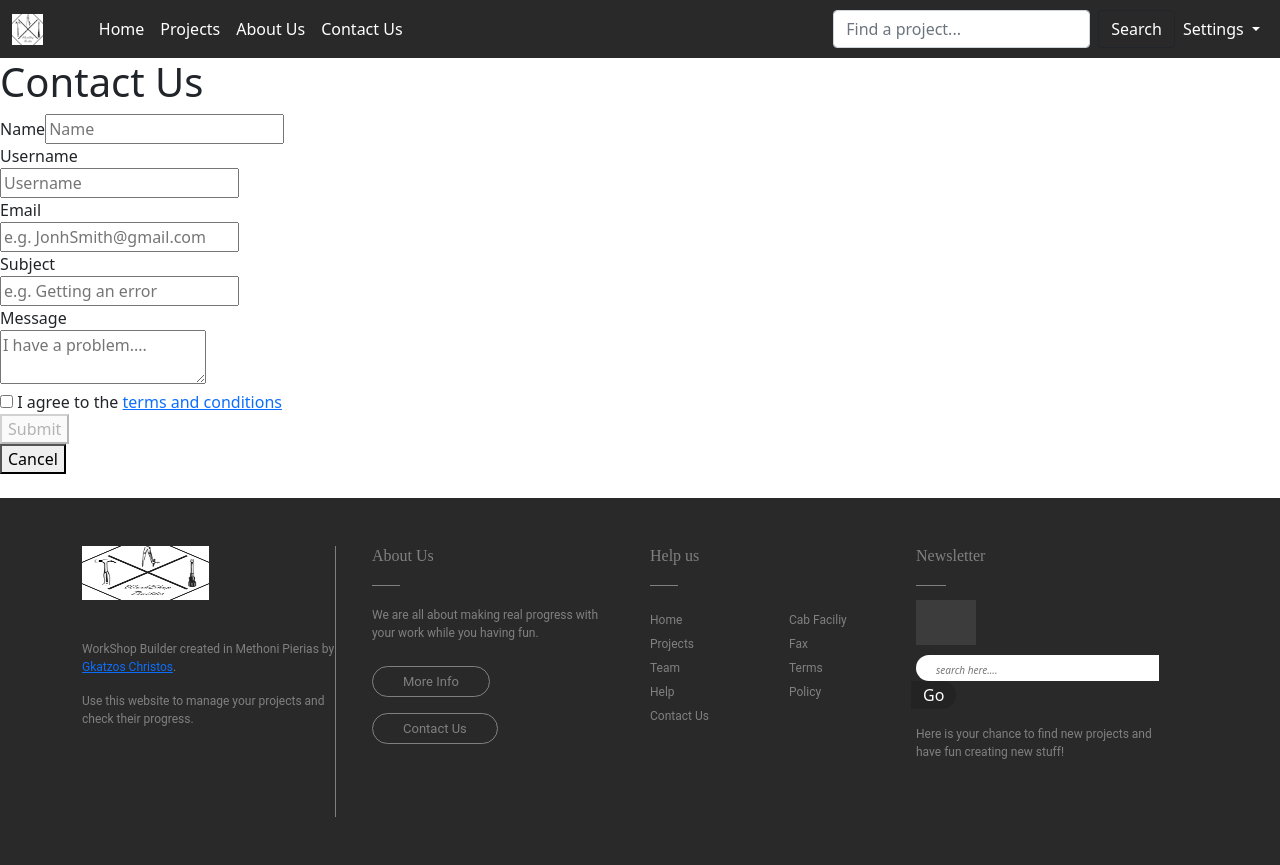
Repository: GkatzosChristos/workshop-builder-ui
Page: /contactUs (app in workshop-builder-ui/)
The author's editor kept a copy of each file at every save. The page is drawn from the files as they stood at one save, then again after the next save.
The browser window is 1280 px wide. The pictures show the whole page.
The project was rebuilt for these pictures with package versions that can differ from the ones it lists, and the page was loaded fresh each time. Also part of the build but not shown: workshop-builder-ui/angular.json, workshop-builder-ui/src/app/about-us/about-us.component.ts, workshop-builder-ui/src/app/home/home.component.ts, workshop-builder-ui/src/app/project/project.component.ts.

Above is the page before, as saved 2021-08-27 17:36:32.

### workshop-builder-ui/src/index.html
<!doctype html>
<html lang="en">
<head>
  <meta charset="utf-8">
  <title>WorkshopBuilderUI</title>
  <base href="/">
  <meta name="viewport" content="width=device-width, initial-scale=1">
  <link rel="icon" type="image/x-icon" href="favicon.ico">
</head>

<body>
  <app-root></app-root>
</body>

</html>

### workshop-builder-ui/src/app/app.module.ts
import { NgModule } from '@angular/core';
import { BrowserModule } from '@angular/platform-browser';
import { FormsModule } from '@angular/forms';
import { AppRoutingModule } from './app-routing.module';
import { AppComponent } from './app.component';
import { HeaderComponent } from './header/header.component';
import { FooterComponent } from './footer/footer.component';
import { ContactUsComponent } from './contact-us/contact-us.component';
import { AboutUsComponent } from './about-us/about-us.component';
import { ProjectsComponent } from './project/project.component';
import { HomeComponent } from './home/home.component';

@NgModule({
  declarations: [
    AppComponent,
    HeaderComponent,
    FooterComponent,
    ContactUsComponent,
    AboutUsComponent,
    ProjectsComponent,
    HomeComponent
  ],
  imports: [
    BrowserModule,
    AppRoutingModule,
    FormsModule
  ],
  providers: [],
  bootstrap: [AppComponent]
})
export class AppModule { }

### workshop-builder-ui/src/app/app-routing.module.ts
import { NgModule } from '@angular/core';
import { RouterModule, Routes } from '@angular/router';
import { AboutUsComponent } from './about-us/about-us.component';
import { ContactUsComponent } from './contact-us/contact-us.component';
import { HomeComponent } from './home/home.component';
import { ProjectsComponent } from './project/project.component';

const routes: Routes = [
  {
    path: '',
    component: HomeComponent
  },
  {
    path: 'contactUs',
    component: ContactUsComponent
  },
  {
    path: 'aboutUs',
    component: AboutUsComponent
  },
  {
    path: 'project',
    component: ProjectsComponent
  },
];

@NgModule({
  imports: [RouterModule.forRoot(routes)],
  exports: [RouterModule]
})
export class AppRoutingModule { }

### workshop-builder-ui/src/app/app.component.ts
import { Component } from '@angular/core';

@Component({
  selector: 'app-root',
  templateUrl: './app.component.html',
  styleUrls: ['./app.component.scss']
})
export class AppComponent {
  title = 'workshop-builder-ui';
}

### workshop-builder-ui/src/app/contact-us/contact-us.component.ts
import { Component, OnInit } from '@angular/core';
import { FormGroup } from '@angular/forms';

@Component({
  selector: 'app-contact-us',
  templateUrl: 'contact-us.html',
  styles: [
  ]
})
export class ContactUsComponent implements OnInit {
  name: string='';
  username: string='';
  email: string='';
  subject: string='';
  message: string='';


  constructor() { }

  ngOnInit(): void {
  }

  submitForm(){
    const result = `${this.name}, your submission was successful! We will contact you at ${this.email} as soon as possible!`;
    alert(result);
  }

  onReset(){
    location.reload();
  }

}

### workshop-builder-ui/src/app/header/header.component.html
<head>
    <title>header</title>
    <meta charset="utf-8">
</head>
<header>
    <nav class="navbar navbar-expand-lg">
        <div class="container-fluid">
            <a class="navbar-brand" routerLink="/">
                <img src="/assets/images/workshop_logo.jpg" alt="WorkShop Builder">
            </a>
            <div id="navbarNavDropdown" class="collapse navbar-collapse">
                <ul class="navbar-nav me-auto my-2 my-lg-0 navbar-nav-scroll" style="--bs-scroll-height: 100px;">
                    <li class="nav-item">
                        <a class="nav-link text-white" routerLink="/">Home</a>
                    </li>
                    <li class="nav-item">
                        <a class="nav-link text-white" routerLink="/project">Projects</a>
                    </li>
                    <li class="nav-item">
                        <a class="nav-link text-white" routerLink="/aboutUs">About Us</a>
                    </li>
                    <li class="nav-item">
                        <a class="nav-link text-white" routerLink="/contactUs">Contact Us</a>
                    </li>
                </ul>
                <form class="d-flex">
                    <input class="form-control me-2" type="text" placeholder="Find a project...">
                    <a class="btn btn-outline-dark text-white">Search</a>
                </form>
                <ul class="navbar-nav" style="--bs-scroll-height: 100px;">
                    <li class="nav-item dropdown">
                        <a class="nav-link dropdown-toggle text-white" href="#" id="navbarScrollingDropdown"
                            role="button" data-bs-toggle="dropdown" aria-expanded="false">
                            Settings
                        </a>
                        <ul class="dropdown-menu" aria-labelledby="navbarScrollingDropdown">
                            <li><a class="dropdown-item text-white" href="#">Sign in</a></li>
                            <li><a class="dropdown-item text-white" href="#">Sign up</a></li>
                            <li>
                                <hr class="dropdown-divider">
                            </li>
                            <li><a class="dropdown-item text-white" href="#">Report an issue</a></li>
                        </ul>
                    </li>
                </ul>
            </div>
        </div>
    </nav>
</header>

### workshop-builder-ui/src/app/header/header.component.scss
.navbar-brand {
    height: 5%;
    width: 5%;
}

img {
    height: 50%;
    width: 50%;
}

nav {
    background: #292929;
}

### workshop-builder-ui/src/app/footer/footer.component.html
<head>
    <title>Footer</title>
    <meta charset="utf-8">
</head>
<footer class="container-fluid bg-grey py-5">
    <div class="container">
        <div class="row me-3">
            <div class="col-md-6">
                <div class="row">
                    <div class="col-md-6 ">
                        <div class="logo-part">
                            <img src="/assets/images/workshop_logo.jpg" class="w-50 logo-footer">
                            <p>WorkShop Builder created in Methoni Pierias by <a
                                    href="https://www.linkedin.com/in/christos-gkatzos/">Gkatzos Christos</a>.</p>
                            <p>Use this website to manage your projects and check their progress.</p>
                        </div>
                    </div>
                    <div class="col-md-6 px-4">
                        <h6> About Us</h6>
                        <p>We are all about making real progress with your work while you having fun.</p>
                        <a routerLink="#" class="btn-footer"> More Info </a><br>
                        <a routerLink="#" class="btn-footer"> Contact Us</a>
                    </div>
                </div>
            </div>
            <div class="col-md-6">
                <div class="row">
                    <div class="col-md-6 px-4">
                        <h6> Help us</h6>
                        <div class="row ">
                            <div class="col-md-6">
                                <ul>
                                    <li> <a routerLink="/"> Home</a> </li>
                                    <li> <a routerLink="/project"> Projects</a> </li>
                                    <li> <a routerLink="#"> Team</a> </li>
                                    <li> <a routerLink="#"> Help</a> </li>
                                    <li> <a routerLink="/ContactUs"> Contact Us</a> </li>
                                </ul>
                            </div>
                            <div class="col-md-6 px-4">
                                <ul>
                                    <li> <a href="#"> Cab Faciliy</a> </li>
                                    <li> <a href="#"> Fax</a> </li>
                                    <li> <a href="#"> Terms</a> </li>
                                    <li> <a href="#"> Policy</a> </li>
                                </ul>
                            </div>
                        </div>
                    </div>
                    <div class="col-md-6 ">
                        <h6> Newsletter</h6>
                        <div class="social">
                            <a href="#"><i class="fa fa-facebook mr-1" aria-hidden="true"></i></a>
                            <a href="#"><i class="fa fa-instagram" aria-hidden="true"></i></a>
                        </div>
                        <form class="form-footer my-3">
                            <input type="text" placeholder="search here...." name="search">
                            <input type="button" value="Go">
                        </form>
                        <p>Here is your chance to find new projects and have fun creating new stuff!</p>
                    </div>
                </div>
            </div>
        </div>
    </div>
</footer>

### workshop-builder-ui/src/app/footer/footer.component.scss
body {
    font-family: 'Signika', sans-serif;
 }
 .bg-grey {
    background: #292929;
 }
 .logo-footer {
    margin-bottom: 40px;
 }
 footer {
    color: grey;
 }
 footer p, a {
    font-size: 12px;
    font-family: 'Roboto', sans-serif;
}
footer h6 {
    font-family: 'Playfair Display', serif;
    margin-bottom: 40px;
    position: relative;
}
footer h6:after {
    position: absolute;
    content: "";
    background: grey;
    width: 12%;
    height: 1px;
    left: 0;
    bottom: -20px;
}
.btn-footer {
    color: grey;
    text-decoration: none;
    border: 1px solid;
    border-radius: 43px;
    font-size: 13px;
    padding: 7px 30px;
    line-height: 47px;
 }

 .btn-footer:hover {
    text-decoration: none;
 }

.form-footer input[type="text"] {
    border: none;
    border-radius: 16px 0 0 16px;
    outline: none;
    padding-left: 10px;
}

::placeholder {
    font-size: 10px;
    padding-left: 10px;
    font-style: italic;
}

.form-footer input[type="button"] {
    border: none;
    background:#232323;
    margin-left: -5px;
    color: #fff;
    outline: none;
    border-radius: 0 16px 16px 0;
    padding: 2px 12px;
}

.social .fa {
    color: grey;
    font-size: 22px;
    padding: 10px 15px;
    background: #3c3c3c;
}

footer ul li {
    list-style: none;
    display: block;
}

footer ul  {
    padding-left: 0;
}
footer ul  li a{
    text-decoration: none;
    color: grey;
    text-decoration:none;
}

a:hover {
    text-decoration: none;
    color: #f5f5f5 !important;
}

.logo-part {
    border-right: 1px solid grey;
    height: 100%;
}

img {
    height: 20%;
    width: 20%;
}

### workshop-builder-ui/src/app/contact-us/contact-us.html
<h1 class="title has-text-centered">Contact Us</h1>
<body>
  <section>
      <form (ngSubmit)="submitForm()" #contactForm="ngForm">
        <div class="field">
        <div class="field">
          <label class="label has-text-centered">Name</label>
          <input
            class="input"
            type="text"
            name="name"
            placeholder="Name"
            [(ngModel)]="name"
            #nameInput="ngModel"
            required>
            <div class="help is-error" *ngIf="nameInput.invalid && nameInput.touched">
                <p class="help is-danger">This username is required!</p>
            </div>
            <div class="help is-error" *ngIf="nameInput.valid && nameInput.dirty">
                <p class="help is-success">This username is Availible!</p>
            </div>
        </div>
        <div class="field column is-4">
          <label class="label has-text-centered">Username</label>
          <div class="control has-icons-left has-icons-right">
            <input
              class="input"
              type="text"
              name="usename"
              placeholder="Username"
              [(ngModel)]="username"
              #usernameInput="ngModel"
              required>
            <span class="icon is-small is-left">
              <i class="fa fa-user"></i>
            </span>
            <div class="help is-error" *ngIf="usernameInput.invalid && usernameInput.touched">
                <p class="help is-danger">This username is required!</p>
            </div>
            <div class="help is-error" *ngIf="usernameInput.valid && usernameInput.dirty">
                <p class="help is-success">This username is Availible!</p>
            </div>
          </div>
        </div>

        <div class="field column is-4">
          <label class="label has-text-centered">Email</label>
          <div class="control has-icons-left">
            <input
              class="input"
              type="email"
              name="email"
              placeholder="e.g. JonhSmith@gmail.com"
              #emailInput="ngModel"
              [(ngModel)]="email"
              required
              email>
            <span class="icon is-small is-left">
              <i class="fa fa-envelope"></i>
            </span>
            <div class="help is-error is-danger" *ngIf="emailInput.invalid && emailInput.touched">
                <p class="help is-danger">The email required and must be valid!</p>
            </div>
            <div class="help is-error" *ngIf="emailInput.valid && emailInput.dirty">
                <p class="help is-success">This email is valid!</p>
            </div>
          </div>
        </div>

        <div class="field column is-4">
          <label class="label has-text-centered">Subject</label>
          <div class="control">
            <input class="input is-expand" type="text" name="subject" placeholder="e.g. Getting an error" [(ngModel)]="subject">
          </div>
        </div>

        <div class="field column is-4 ">
          <label class="label has-text-centered">Message</label>
          <div class="control">
            <textarea class="textarea" name="message" placeholder="I have a problem...." [(ngModel)]="message"></textarea>
          </div>
        </div>

        <div class="field">
          <div class="control">
            <label class="checkbox">
              <input type="checkbox"
              #checkboxInput>
              I agree to the <a href="#">terms and conditions</a>
            </label>
          </div>
        </div>

        <div class="field is-grouped mb-4 is-grouped-centered">
          <div class="control">
            <button class="button is-link" [disabled]="contactForm.invalid">Submit</button>
          </div>
          <div class="control">
            <button class="button is-link is-light" type="reset" (click)="onReset()" >Cancel</button>
          </div>
        </div>
        </div>
      </form>
  </section>
  </body>

Loaded but not shown: workshop-builder-ui/src/styles.scss (common file); workshop-builder-ui/src/main.ts (common file); workshop-builder-ui/src/environments/environment.ts (common file); workshop-builder-ui/src/app/header/header.component.ts (common file); workshop-builder-ui/src/app/footer/footer.component.ts (common file); workshop-builder-ui/src/app/app.component.html (common file); workshop-builder-ui/src/app/app.component.scss (no stored copy; drawn as an empty file); workshop-builder-ui/src/app/project/project.scss (no stored copy; drawn as an empty file)

After the next save:
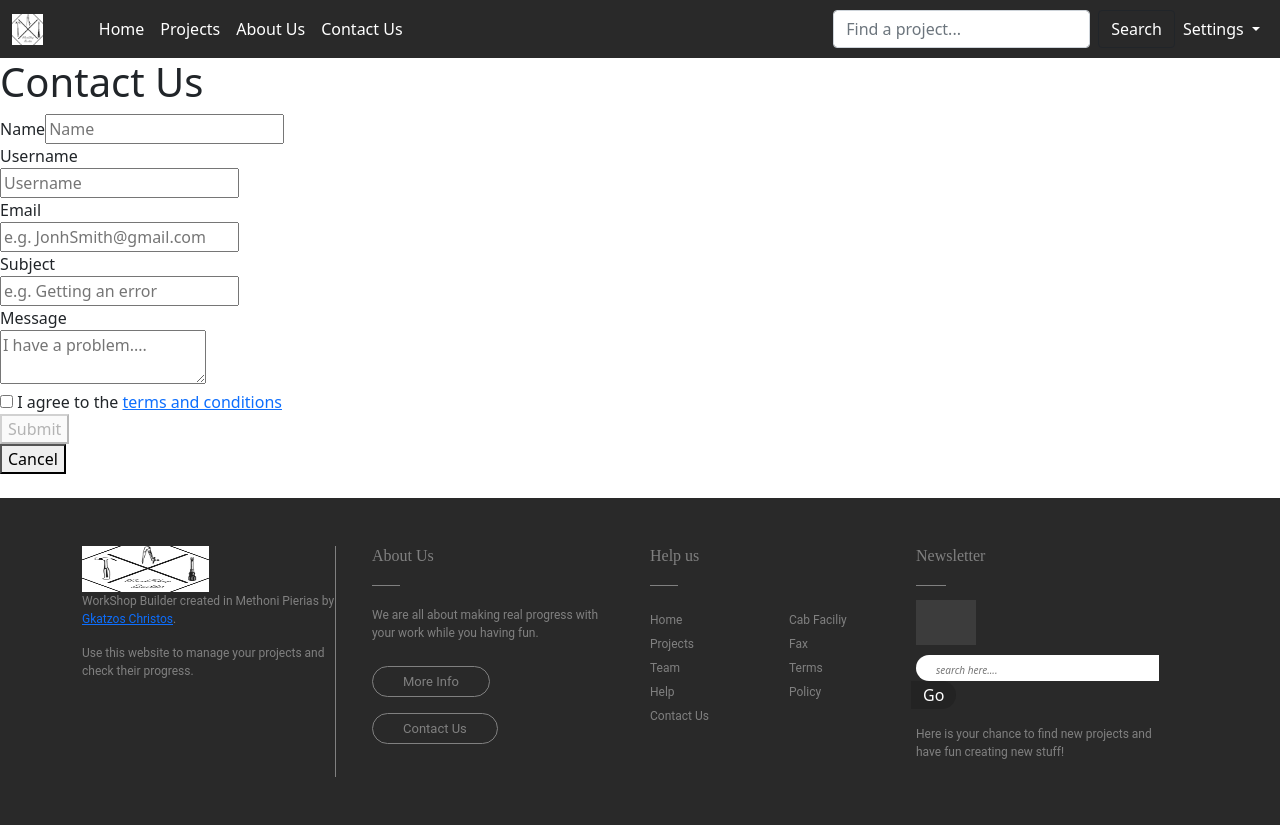
Saved 50 s later.
--- a/workshop-builder-ui/src/app/footer/footer.component.scss
+++ b/workshop-builder-ui/src/app/footer/footer.component.scss
@@ -5,7 +5,6 @@ body {
     background: #292929;
  }
  .logo-footer {
-    margin-bottom: 40px;
  }
  footer {
     color: grey;
